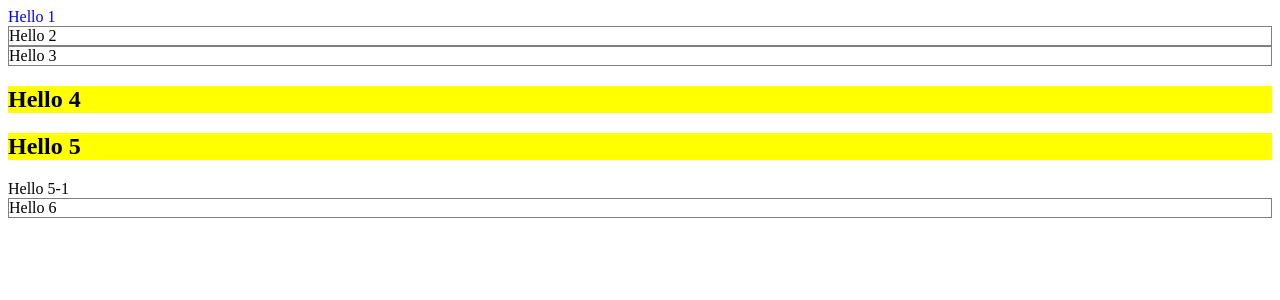
Repository: iyhong/spring_openAPI_lecture
Page: jquerytest/WebContent/jquery1.html
An editor plug-in stored every save of this project. The page is shown before and after the next save, followed by the edit.
The browser window is 1280 px wide. The pictures show the whole page.

Above is the page before, as saved 2021-06-02 02:09:16.

After the next save:
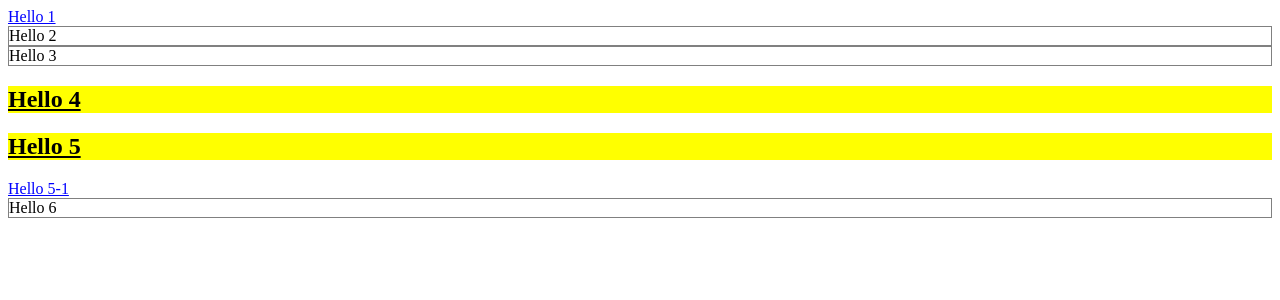
Saved 44 s later.
--- a/jquerytest/WebContent/jquery1.html
+++ b/jquerytest/WebContent/jquery1.html
@@ -6,8 +6,9 @@
 <script type="text/javascript" src="https://code.jquery.com/jquery.js"></script>
 <script type="text/javascript">
 $(function() {
-	$("#a").css("color","blue")
-	/* $("div#a").css("color", "blue") */
+	/* $("#a").css("color","blue") */
+	$("div#a").css("color", "blue")
+	$("#a, h2").css("text-decoration","underline")
 	$("h2").css("background-color", "yellow")
 	$(".test").css("border", "solid 1px gray")
 })
